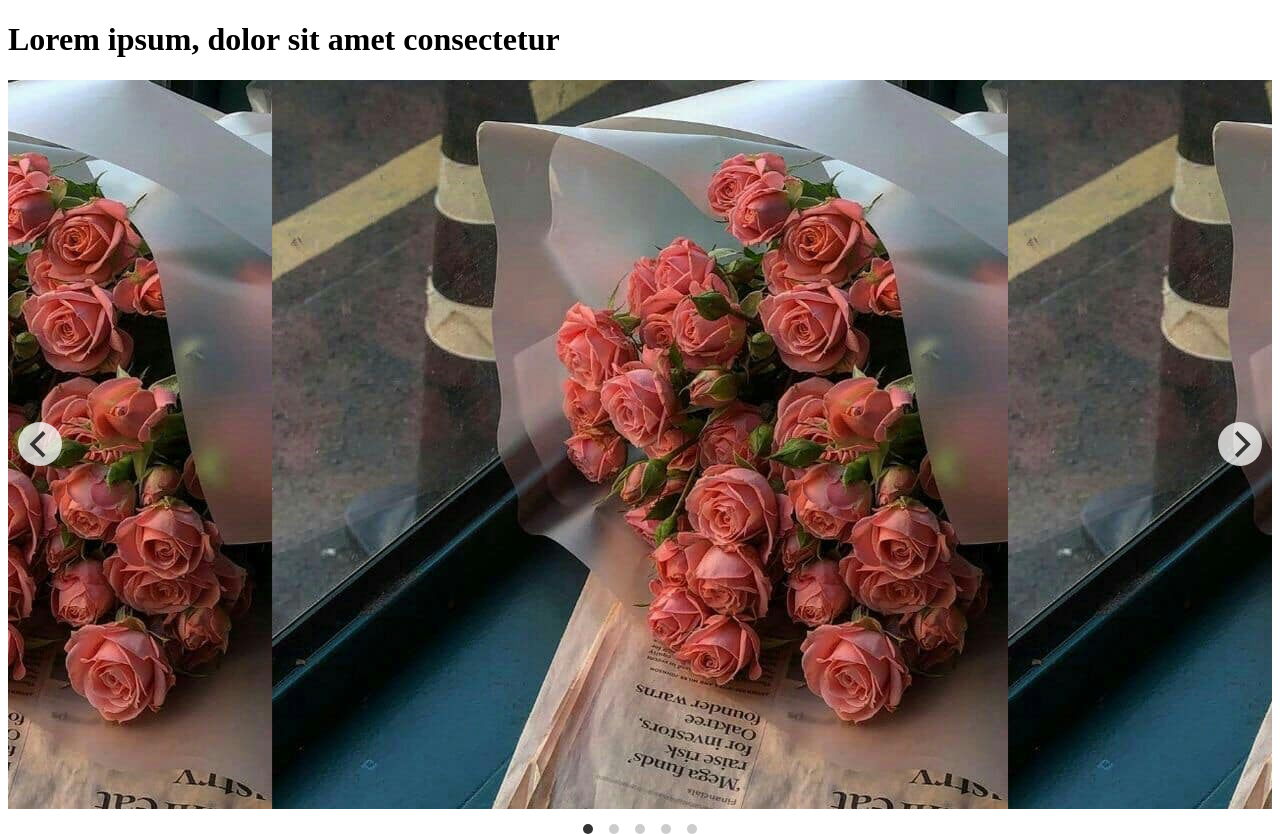
Repository: tongdkhai/Graphic-Art-Mart
Page: test/test.html
These files come from the project's save history. The page is drawn as it stood at one moment and after the next save; the edit follows.
The browser window is 1280 px wide. The pictures show the whole page.

Above is the page before, as saved 2022-10-25 17:53:50.

### test/test.html
<!DOCTYPE html>
<html lang="en">
  <head>
    <meta charset="UTF-8" />
    <meta http-equiv="X-UA-Compatible" content="IE=edge" />
    <meta name="viewport" content="width=device-width, initial-scale=1.0" />
    <title>Document</title>
    <link
      rel="stylesheet"
      href="https://unpkg.com/flickity@2.3.0/dist/flickity.pkgd.min.js"
    />
    <link
      rel="stylesheet"
      href="https://unpkg.com/flickity@2.3.0/dist/flickity.css"
    />
    <link rel="stylesheet" href="./flickity-master/css/flickity.css" />
    <style>
      .carousel {
        background-color: red;
      }
      .carousel-cell {
        background-color: #fa23e3;
        width: 100px;
        height: 100px;
        width: 66%;
        height: 200px;
        margin-right: 10px;
        background: #8c8;
        border-radius: 5px;
        counter-increment: carousel-cell;
      }
      /* cell number */
      .carousel-cell:before {
        display: block;
        text-align: center;
        content: counter(carousel-cell);
        line-height: 200px;
        font-size: 80px;
        color: white;
      }

      .text {
        color: #000000;
      }
    </style>
  </head>
  <body>
    <h1 class="title">Lorem ipsum, dolor sit amet consectetur</h1>
    <div
      class="carousel"
      data-flickity='{"freeScroll": true, "wrapAround": true}'
    >
      <img src="./image.jpg" alt="">
      <img src="./image.jpg" alt="">
      <img src="./image.jpg" alt="">
      <img src="./image.jpg" alt="">
      <img src="./image.jpg" alt="">
    </div>
    <script type="text/javascript" src="./docs/flickity.pkgd.min.js"></script>
  </body>
</html>

### test/flickity-master/css/flickity.css
/*! Flickity v3.0.0
https://flickity.metafizzy.co
---------------------------------------------- */

.flickity-enabled {
  position: relative;
}

.flickity-enabled:focus { outline: none; }

.flickity-viewport {
  overflow: hidden;
  position: relative;
  height: 100%;
  touch-action: pan-y;
}

.flickity-slider {
  position: absolute;
  width: 100%;
  height: 100%;
  left: 0;
}

.flickity-rtl .flickity-slider {
  left: unset;
  right: 0;
}

/* draggable */

.flickity-enabled.is-draggable {
  -webkit-tap-highlight-color: transparent;
  user-select: none;
}

.flickity-enabled.is-draggable .flickity-viewport {
  cursor: move;
  cursor: grab;
}

.flickity-enabled.is-draggable .flickity-viewport.is-pointer-down {
  cursor: grabbing;
}

/* ---- flickity-cell ---- */

.flickity-cell {
  position: absolute;
  left: 0;
}

.flickity-rtl .flickity-cell {
  left: unset;
  right: 0;
}

/* ---- flickity-button ---- */

.flickity-button {
  position: absolute;
  background: hsl(0 0% 100% / 75%);
  border: none;
  color: #333;
}

.flickity-button:hover {
  background: white;
  cursor: pointer;
}

.flickity-button:focus {
  outline: none;
  box-shadow: 0 0 0 5px #19F;
}

.flickity-button:active {
  opacity: 0.6;
}

.flickity-button:disabled {
  opacity: 0.3;
  cursor: auto;
  /* prevent disabled button from capturing pointer up event. #716 */
  pointer-events: none;
}

.flickity-button-icon {
  fill: currentColor;
}

/* ---- previous/next buttons ---- */

.flickity-prev-next-button {
  top: 50%;
  width: 44px;
  height: 44px;
  border-radius: 50%;
  /* vertically center */
  transform: translateY(-50%);
}

.flickity-prev-next-button.previous { left: 10px; }
.flickity-prev-next-button.next { right: 10px; }
/* right to left */
.flickity-rtl .flickity-prev-next-button.previous {
  left: auto;
  right: 10px;
}

.flickity-rtl .flickity-prev-next-button.next {
  right: auto;
  left: 10px;
}

.flickity-prev-next-button .flickity-button-icon {
  position: absolute;
  left: 20%;
  top: 20%;
  width: 60%;
  height: 60%;
}

/* ---- page dots ---- */

.flickity-page-dots {
  position: absolute;
  width: 100%;
  bottom: -25px;
  text-align: center;
  display: flex;
  justify-content: center;
  flex-wrap: wrap;
}

.flickity-rtl .flickity-page-dots { direction: rtl; }

.flickity-page-dot {
  display: block;
  width: 10px;
  height: 10px;
  padding: 0;
  margin: 0 8px;
  background: hsl(0 0% 20% / 25%);
  border-radius: 50%;
  cursor: pointer;
  appearance: none;
  border: none;
  text-indent: -9999px;
  overflow: hidden;
}

.flickity-rtl .flickity-page-dot {
  text-indent: 9999px;
}

.flickity-page-dot:focus {
  outline: none;
  box-shadow: 0 0 0 5px #19F;
}

.flickity-page-dot.is-selected {
  background: hsl(0 0% 20% / 100%);
}

Loaded but not shown: test/docs/flickity.pkgd.min.js (library)

After the next save:
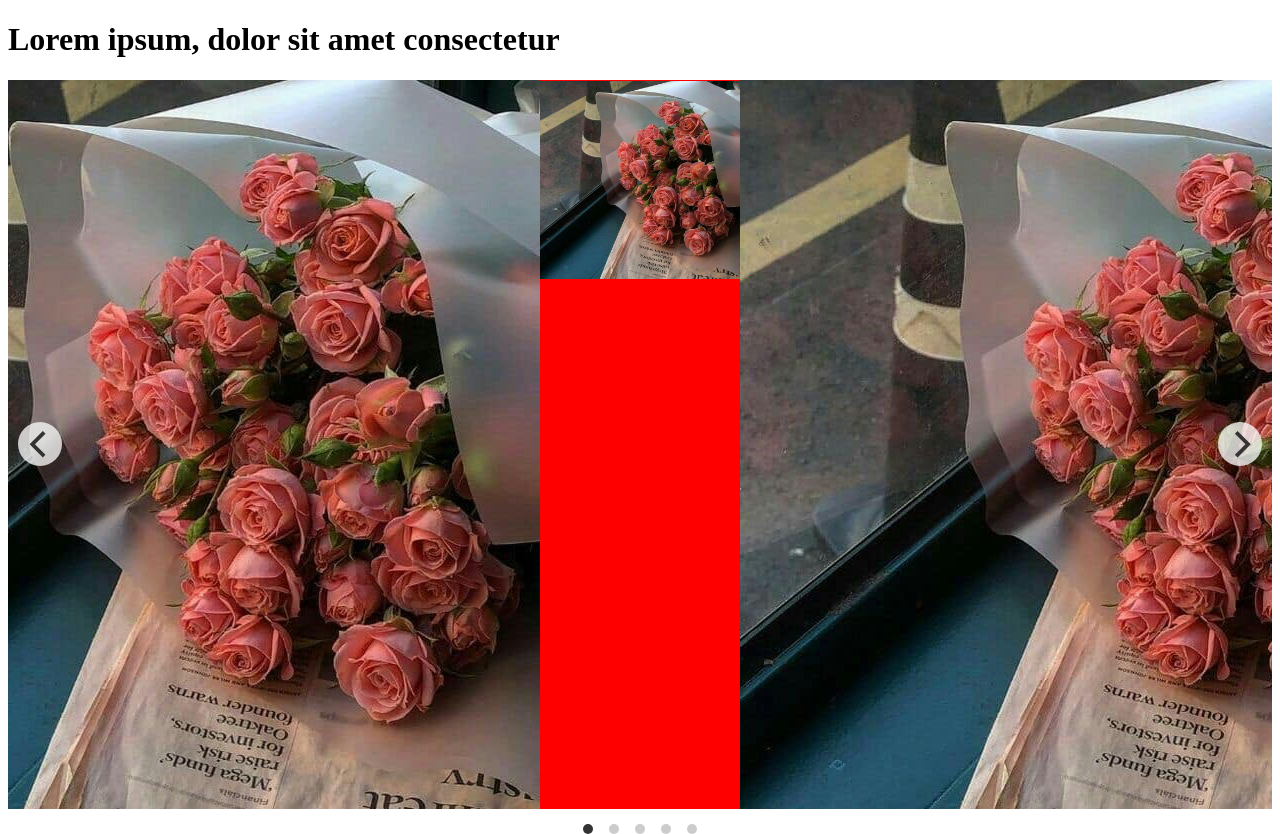
Saved 44 s later.
--- a/test/test.html
+++ b/test/test.html
@@ -50,7 +50,7 @@
       class="carousel"
       data-flickity='{"freeScroll": true, "wrapAround": true}'
     >
-      <img src="./image.jpg" alt="">
+      <img src="./image.jpg" alt="" style="object-fit:contain; width: 200px; height: 200px;">
       <img src="./image.jpg" alt="">
       <img src="./image.jpg" alt="">
       <img src="./image.jpg" alt="">
